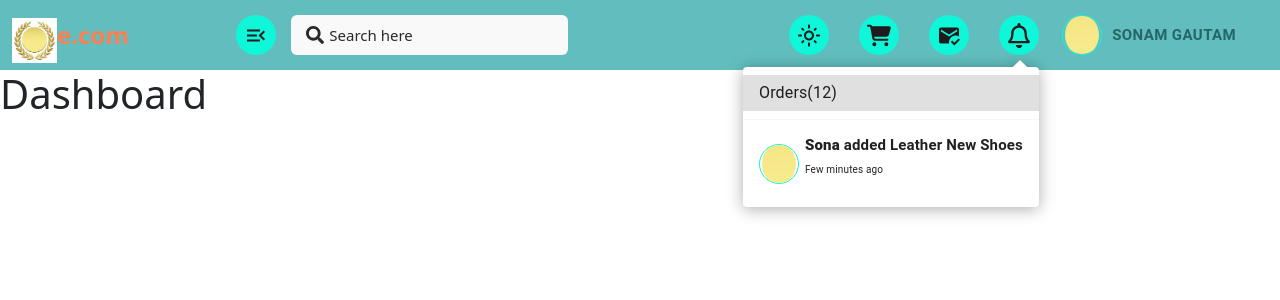
Repository: gautamsonam011/admin-react-dashboard
Page: /, after clicking the first element matching `div.col-sm-7 > :nth-child(4)`
An editor plug-in stored every save of this project. The page is shown before and after the next save, followed by the edit.
The browser window is 1280 px wide. The pictures show the whole page.
The project was rebuilt for these pictures with package versions that can differ from the ones it lists, and the page was loaded fresh each time.

Above is the page before, as saved 2025-04-15 13:09:28.

After the next save:
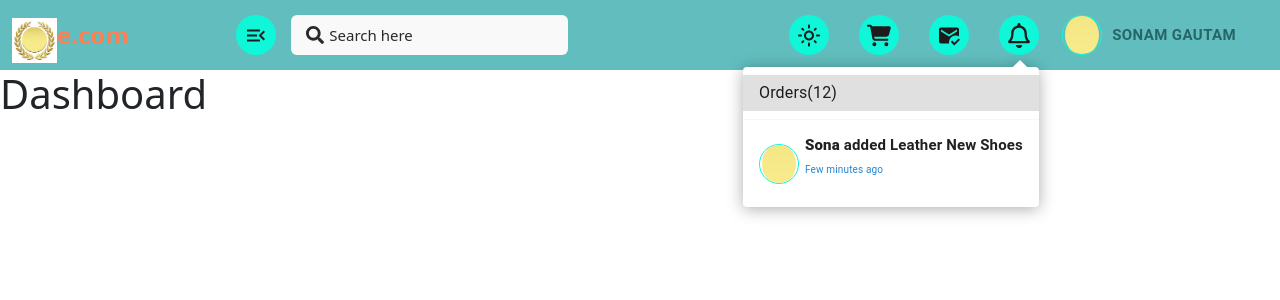
Saved 14 s later.
--- a/src/App.css
+++ b/src/App.css
@@ -44,4 +44,4 @@ header button.rounded-circle:hover svg{color: #2585d4 !important;}
 
 .dropdown-info{padding-left: 6px;}
 .dropdown-info h4{font-size: 15px; font-weight:600;margin-top: 2px;}
-.dropdown-info p{font-size: 10px;}
+.dropdown-info p{font-size: 10px; color: #2585d4;}
